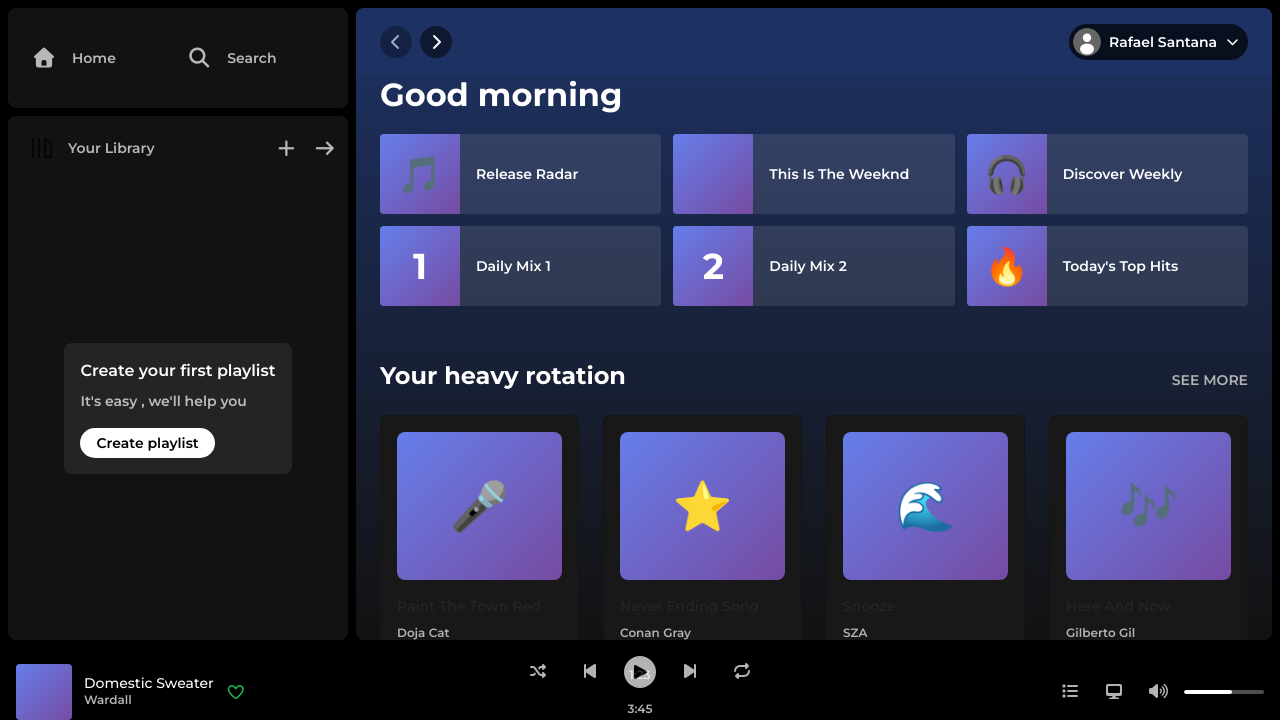
Repository: ketanBisht/spotifyFrontEnd
Page: index.html
An editor plug-in stored every save of this project. The page is shown before and after the next save, followed by the edit.
The browser window is 1280 px wide. The pictures show the whole page.
An inner scrolling area shows only its first screen. Some web fonts or font styles are not loaded; a fallback is used. Some web libraries are served in a nearby version.

Above is the page before, as saved 2025-08-25 23:04:17.

After the next save:
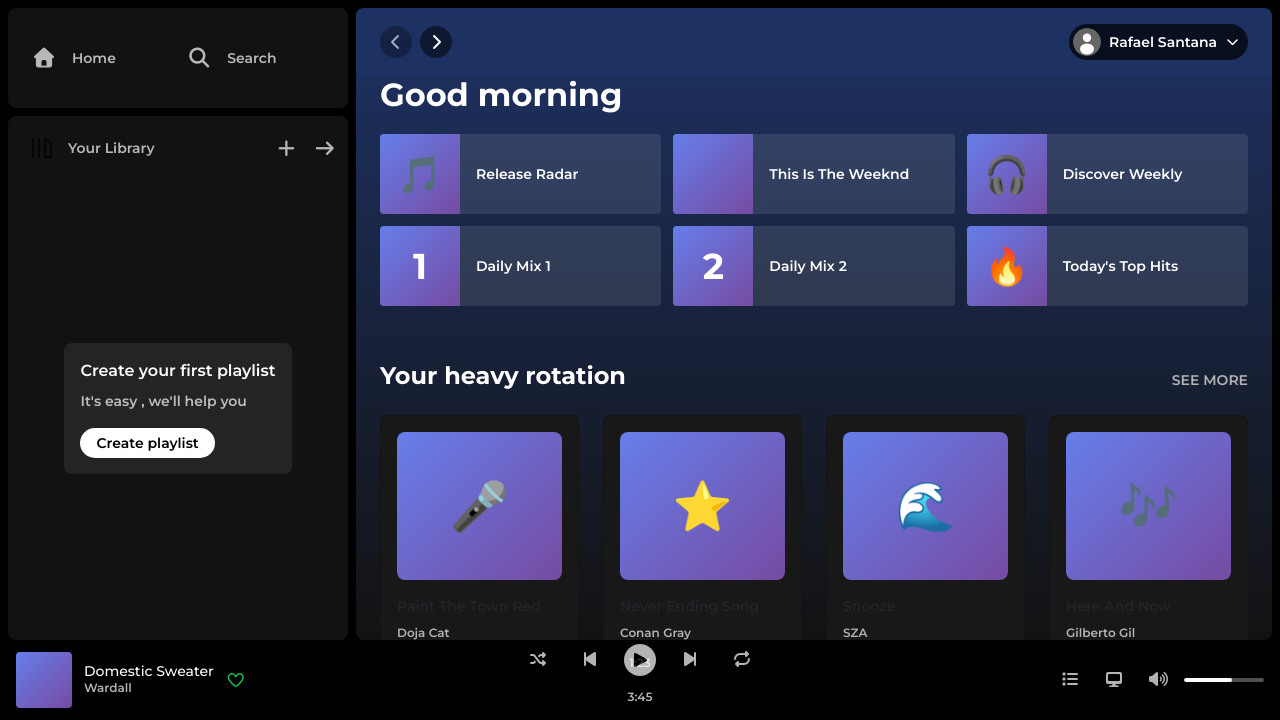
Saved 4 s later.
--- a/try.css
+++ b/try.css
@@ -37,7 +37,7 @@
             bottom: 0;
             left: 0;
             width: 100%;
-            height: ;
+            height: 5rem;
             background-color: #000;
             display: flex;
             align-items: center;
